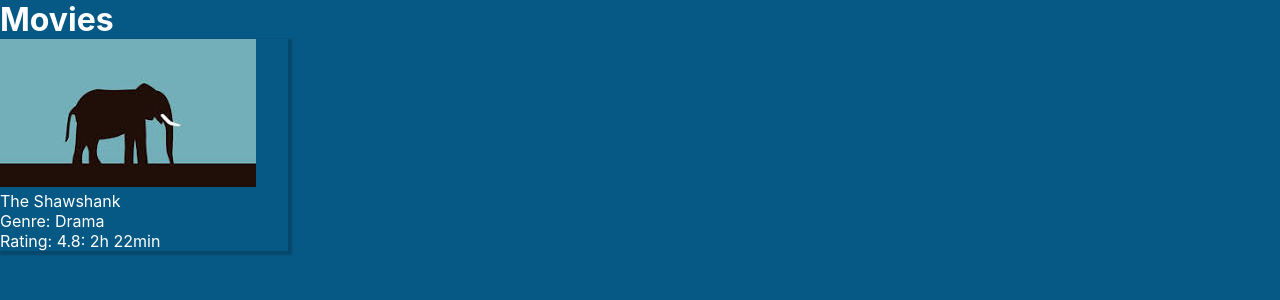
Repository: sbodova24/REACT__MovieApp
Page: /
The author's editor kept a copy of each file at every save. The page is drawn from the files as they stood at one save, then again after the next save.
The browser window is 1280 px wide. The pictures show the whole page.
The page's requests for data from a server got no answer. The project was rebuilt for these pictures with package versions that can differ from the ones it lists, and the page was loaded fresh each time. No one was signed in, and anything a server would have sent is missing.

Above is the page before, as saved 2024-11-13 06:09:27.

### src/App.js

import './App.css';
import { useEffect } from 'react';
import axios from 'axios';
import { MovieCard } from './components/MovieCard/MovieCard';

function App() {

  const getMovies = async() =>{
try {
const data = await axios.get('51def6820408da94d7df01a357112de5')
console.log(data)

}
catch(error){
  console.log(error)
  }}



useEffect(()=>{
  getMovies()
},[])



  return (
    <div className="App">
      <h1>Movies</h1>
      <MovieCard/>
    </div>
  );
}

export default App;

### src/App.css
* {
margin:0;
padding:0;
box-sizing:border-box;
}

:root{
  background-color: #075985;
  color: #fff;
}
body {
  background-color: #075985;
  overflow-x: hidden;
}

### src/components/MovieCard/MovieCard.jsx
import './MovieCard.css';
export const MovieCard = () => {
  return (
    <div className='card-container'>
      <div className='card-img-container'>
      <img src='data:[embedded picture, 4311 characters]' alt='movie-card'/>
      </div>
      <div>
        <span className='title'>The Shawshank</span>
        </div>
        <div>
          <span className='genre'>Genre: Drama</span>
        </div>
        <div className='ratings'>
          <span >Rating: 4.8</span>
          <span >: 2h 22min</span>
        </div>

      </div>
  )
}

### src/components/MovieCard/MovieCard.css
.card-container{
  width: 18rem;
  background-color:var(--card-bg-color);
  box-shadow: 2px 2px 2px 2px rgba(0,0,0,.2);
}

Loaded but not shown: public/index.html (common file); src/index.js (common file); src/index.css (common file); src/reportWebVitals.js (common file)

After the next save:
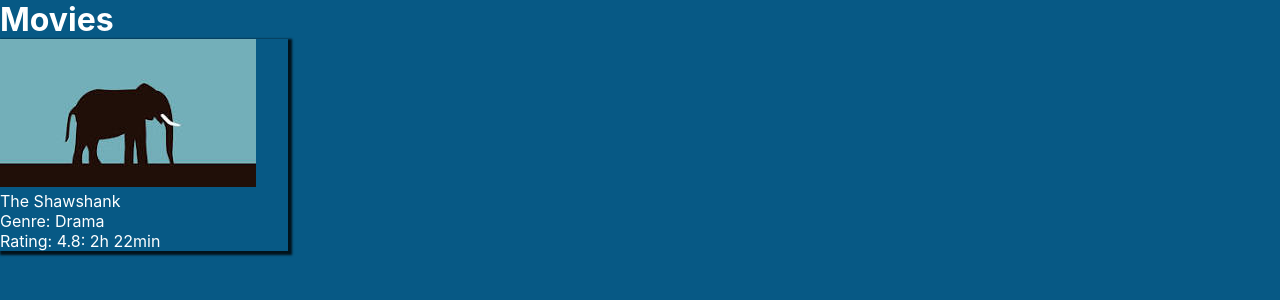
Saved 4 s later.
--- a/src/components/MovieCard/MovieCard.css
+++ b/src/components/MovieCard/MovieCard.css
@@ -1,5 +1,5 @@
 .card-container{
   width: 18rem;
   background-color:var(--card-bg-color);
-  box-shadow: 2px 2px 2px 2px rgba(0,0,0,.2);
+  box-shadow: 2px 2px 2px 2px rgba(0,0,0,.8);
 }
